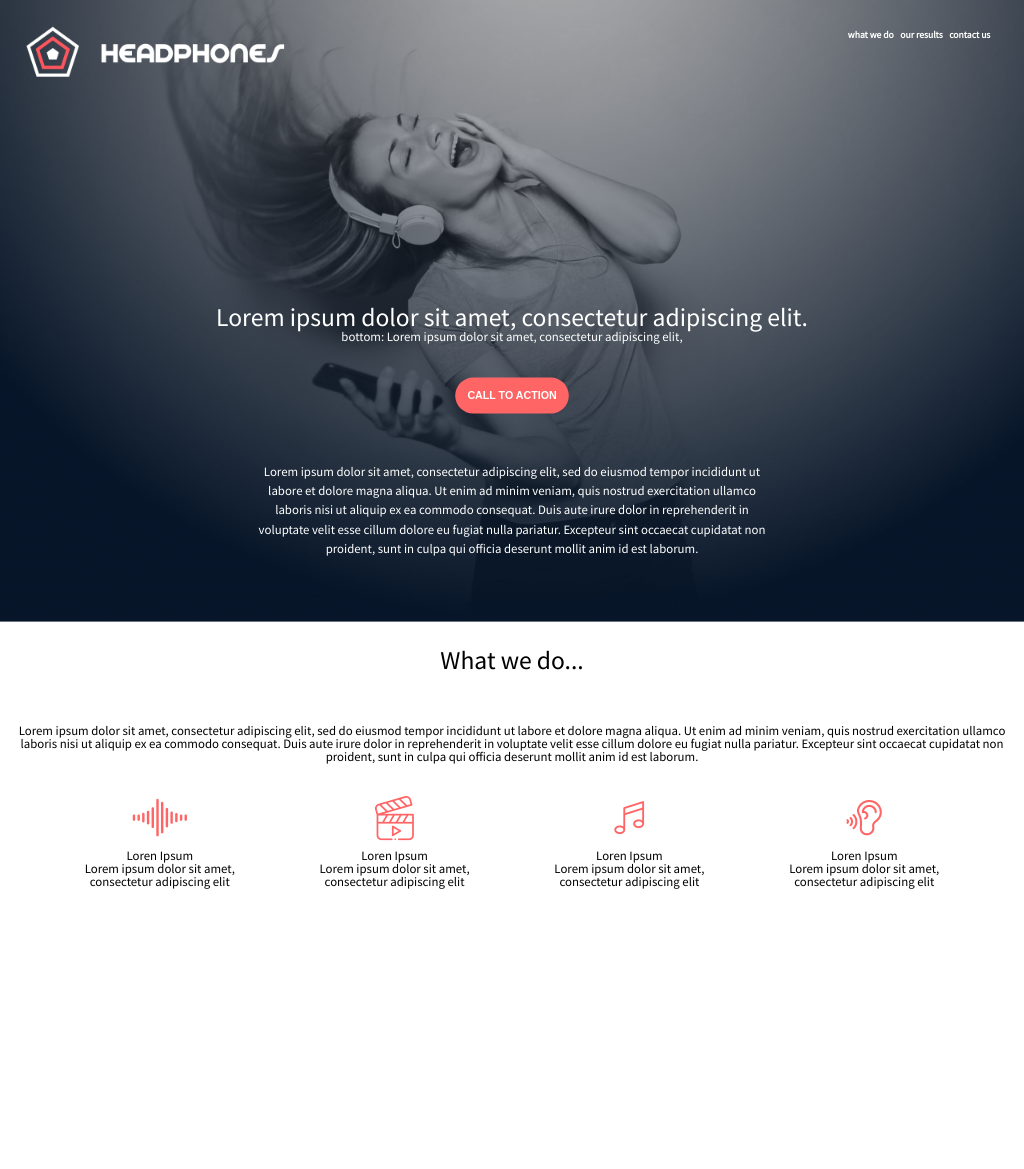
Repository: seleniadelgado/holbertonschool-web_front_end
Page: 0x09-implement_a_design_from_scratch/1-index.html
These files come from the project's save history. The page is drawn as it stood at one moment and after the next save; the edit follows.
The browser window is 1280 px wide. The pictures show the whole page, at 80% of full size.

Above is the page before, as saved 2020-03-20 18:27:10.

### 0x09-implement_a_design_from_scratch/1-index.html
<!DOCTYPE <!DOCTYPE html>
<head>
    <meta charset="utf-8">
    <title>Headphones</title>
    <meta name="description" content="">
    <meta name="viewport" content="width=device-width, initial-scale=1">
    <link rel="stylesheet" href="1-styles.css">
    <link rel="stylesheet" href="reset.css">
    <link rel="stylesheet" href="./holberton_school-icon/style.css">
    <link href="https://fonts.googleapis.com/css?family=Source+Sans+Pro&display=swap" rel="stylesheet">
</head>
<body>
<!-- nav bar -->
    <header>
        <div class="firstdiv">
            <nav>
                <input type="checkbox" id="menu">
                <label for="menu" id="nav-icon"></label>
                <div class="logo"><img href="active" href="#home"><img src="./images/logo_headphones.png" alt="logo"></a></div>
                <div class="main-nav">
                    <ul class="nav-header">
                        <li><a href="#what-we-do">what we do</a></li>
                        <li><a href="#our-results">our results</a></li>
                        <li><a href="#contact-us">contact us</a></li>
                    </ul>
                </div>
            </nav>
        </div>
<!-- Content -->
        <div class="seconddiv">
            <div class="text">
                <h1>Lorem ipsum dolor sit amet, consectetur adipiscing elit.</h1>
                <p>bottom: Lorem ipsum dolor sit amet, consectetur adipiscing elit, </p>
            </div>
        </div>
        <div class="thirddiv">
        <button id="button">CALL TO ACTION</button>
        <p class="longParagraph">Lorem ipsum dolor sit amet, consectetur adipiscing elit, sed do eiusmod tempor incididunt ut labore et dolore magna aliqua.
            Ut enim ad minim veniam, quis nostrud exercitation ullamco laboris nisi ut aliquip ex ea commodo consequat.
            Duis aute irure dolor in reprehenderit in voluptate velit esse cillum dolore eu fugiat nulla pariatur. Excepteur sint occaecat cupidatat non proident,
            sunt in culpa qui officia deserunt mollit anim id est laborum.</p>
            </div>
        </div>
    </div>
    </header>
    <div id="whatWeDo"></div>
    <div class="content">
        <h1>What we do...</h1>
        <p> Lorem ipsum dolor sit amet, consectetur adipiscing elit, sed do eiusmod tempor incididunt ut labore et dolore magna aliqua.
            Ut enim ad minim veniam, quis nostrud exercitation ullamco laboris nisi ut aliquip ex ea commodo consequat.
            Duis aute irure dolor in reprehenderit in voluptate velit esse cillum dolore eu fugiat nulla pariatur. Excepteur sint occaecat cupidatat non proident,
            sunt in culpa qui officia deserunt mollit anim id est laborum.
        </p>
        <div class="grid">
            <div>
                <div class="icon, item holberton_school-icon-ic_sound"></div>
                <h6>Loren Ipsum</h6>
                <p>Lorem ipsum dolor sit amet,<br> consectetur adipiscing elit</p>
            </div>
            <div>
                <div class="icon, item holberton_school-icon-ic_video"></div>
                <h6>Loren Ipsum</h6>
                <p>Lorem ipsum dolor sit amet, <br>consectetur adipiscing elit</p>
            </div>
            <div>
                <div class="icon, item holberton_school-icon-ic_music"></div>
                <h6>Loren Ipsum</h6>
                <p>Lorem ipsum dolor sit amet, <br>consectetur adipiscing elit</p>
            </div>
            <div>
                <div class="icon, item holberton_school-icon-ic_hearing"></div>
                <h6>Loren Ipsum</h6>
                <p>Lorem ipsum dolor sit amet, <br>consectetur adipiscing elit</p>
            </div>

        </div>
    </div>





    </body>
</html>

### 0x09-implement_a_design_from_scratch/1-styles.css

:root {
    --font-size-sm: 12px;
    --font-size-md: 16px;
    --font-size-lg: 32px;
    --font-size-xl: 72px;
    --font-size-button: 14px;
    --color-primary-red: #FF6565;
    --color-body-white: white;
    --color-body-black: black;
    --font-family: 'Source Sans Pro', sans-serif;
}
/* header */
header {
    width: 100%;
    background: transparent;
    position: relative;
    color: var(--color-body-white);
    background-image: url("images/headphones_hero_1.jpg");
    background-repeat: no-repeat;
    background-size: cover;
    font-family: var(--font-family);
}
header .firstdiv {
    justify-content: space-between;
    align-content: space-between;
    padding: 2rem;
    flex-wrap: wrap;
}
header .firstdiv nav {
    width: 100%;
    display: flex;
    justify-content: space-between;
    align-content: space-between;
    position: relative;
}
a {
    margin: auto 1.25rem;
    color: var(--color-body-white);
    text-decoration: none;
    font-family: var(--font-family);
}
a:hover, a:active {
    color: var(--color-primary-red)
}
#menu {
    display: none;
    position: absolute;
}
#nav-icon {
    display: none;
    position: absolute;
}
.logo {
    float: left;
}

.nav-header {
    display: inline-flex;
    margin: auto 0;
    list-style-type: none;
    font-size: var(--font-size-sm);
    font-weight: bolder;
    font-family: var(--font-family);
}
.main-nav ul {
    border: 6px transparent solid;
    justify-content: space-between;
}
.main-nav ul li a {
    border: 4px transparent solid;
    font-family: var(--font-family);

}

/* nav */
.seconddiv {
    text-align: center;
}
.thirddiv {
    text-align: center;
}
/*text */
.text {
    padding-top: 20%;
    text-align: center;
    line-height: 32px;
}
.text h1 {
    font-size: var(--font-size-md);
    color: var(--color-body-white);
}
.text p {
    font: var(--font-size-sm);
    color: var(--color-body-white);
}

/* button */
#button {
    padding: 15px;
    margin-top: 40px;
    margin-bottom: 60px;
    border-radius: 4em;
    background-color: #FF6565;
    box-shadow: var(--color-body-black);
    border-style: none;
    color: var(--color-body-white);
    font-weight: bolder;
}
#button:hover {
    opacity: 0.9;
}
/* end button */
/* start longparagraph */
.longParagraph {
    display: flex;
    margin: auto;
    margin: 0% 25% 0% 25%;
    line-height: 24px;
    font-family: var(--font-family);
    font-size: var(--font-size-md);
    color: var(--color-body-white);
    padding-bottom: 5em;
}

/* end longparagraph */
/* media query for screens less than 480px */
@media (max-width: 480px)
{
    header nav {
      flex-direction: column;
      align-items: center;
    }
    .logo {
      width: 50%;
      height: auto;
    }
    .nav-header {
      display: none;
      width: 100%;
      flex-direction: column;
      margin: 1rem auto;
      text-align: center;
      font-weight: bold;
      font-size: var(--font-size-btn);
      float: right;
      display: inline-flex;
      margin-right: 10%;
    }
    .nav-header li {
      width: 100%;
      margin: 0.5rem auto;
      padding-right: 50px;
      font-family: var(--font-family);
    }
    #nav-icon {
        background: var(--color-body-white);
        height: 2px;
        width: 13px;
        position: absolute;
        left: 1rem;
        top: 18px;
        display: block;
    }

    #nav-icon::before {
        content: "";
        background: var(--color-body-white);
        height: 2px;
        width: 20px;
        position: relative;
        top: -0.4rem;
        display: block;
        transition: all 0.2s ease;
    }

    #nav-icon::after {
        content: "";
        background: var(--color-body-white);
        height: 2px;
        width: 18px;
        position: relative;
        top: 0.3rem;
        display: block;
        transition: all 0.2s ease;
    }

    #menu:checked ~ .nav-header {
        display: inline-flex;
    }

    #menu:checked ~ #nav-icon {
        background: transparent;
    }

    #menu:checked ~ #nav-icon::before {
        transform: rotate(45deg);
        top: 3px;
        margin: auto;
    }

    #menu:checked ~ #nav-icon::after {
        width: 20px;
        transform: rotate(-45deg);
        top: 1px;
        margin: auto;
    }
}
.text {
    font-family: var(--font-family);
    line-height: 24px;
}
.text h1 {
    font-size: var(--font-size-lg);
}
.text p {
    font-size: var(--font-size-md);
}
/* menu btn ends */
.content {
    display: grid;
    text-align: center;
    font-family: var(--font-family);
    margin-bottom: 20em;
}
.grid {
    display: flex;
    flex-wrap: wrap;
    justify-content: space-evenly;
}
.item {
    color: var(--color-primary-red);
    font-size: var(--font-size-xl);
    margin: 2px;
}

.item h6, p {
    color: var(--color-body-black);
    font-size: var(--font-size-sm);

}
#whatWeDo {
    margin-top: 2em;
    font-family: var(--font-family);

}
.content h1 {
    font-size: var(--font-size-lg);
    margin-bottom: 2em;
}
.content p {
    text-align: center;
    font-size: var(--font-size-md);
    padding-bottom: 2em;
}

### 0x09-implement_a_design_from_scratch/holberton_school-icon/style.css
@font-face {
  font-family: 'holberton_school-icon';
  src:  url('fonts/holberton_school-icon.eot?sq4eq4');
  src:  url('fonts/holberton_school-icon.eot?sq4eq4#iefix') format('embedded-opentype'),
    url('fonts/holberton_school-icon.ttf?sq4eq4') format('truetype'),
    url('fonts/holberton_school-icon.woff?sq4eq4') format('woff'),
    url('fonts/holberton_school-icon.svg?sq4eq4#holberton_school-icon') format('svg');
  font-weight: normal;
  font-style: normal;
  font-display: block;
}

[class^="holberton_school-icon-"], [class*=" holberton_school-icon-"] {
  /* use !important to prevent issues with browser extensions that change fonts */
  font-family: 'holberton_school-icon' !important;
  speak: none;
  font-style: normal;
  font-weight: normal;
  font-variant: normal;
  text-transform: none;
  line-height: 1;

  /* Better Font Rendering =========== */
  -webkit-font-smoothing: antialiased;
  -moz-osx-font-smoothing: grayscale;
}

.holberton_school-icon-arrow_1:before {
  content: "\e900";
}
.holberton_school-icon-arrow_2:before {
  content: "\e901";
}
.holberton_school-icon-arrow_3:before {
  content: "\e902";
}
.holberton_school-icon-arrow_4:before {
  content: "\e903";
}
.holberton_school-icon-arrow_5:before {
  content: "\e904";
}
.holberton_school-icon-check:before {
  content: "\e905";
}
.holberton_school-icon-ic_bag:before {
  content: "\e906";
}
.holberton_school-icon-ic_cart:before {
  content: "\e907";
}
.holberton_school-icon-ic_facebook:before {
  content: "\e908";
}
.holberton_school-icon-ic_hearing:before {
  content: "\e909";
}
.holberton_school-icon-ic_instagram:before {
  content: "\e90a";
}
.holberton_school-icon-ic_laptop:before {
  content: "\e90b";
}
.holberton_school-icon-ic_money:before {
  content: "\e90c";
}
.holberton_school-icon-ic_music:before {
  content: "\e90d";
}
.holberton_school-icon-ic_sound:before {
  content: "\e90e";
}
.holberton_school-icon-ic_twitter:before {
  content: "\e90f";
}
.holberton_school-icon-ic_video:before {
  content: "\e910";
}
.holberton_school-icon-menu:before {
  content: "\e911";
}
.holberton_school-icon-search_1:before {
  content: "\e912";
}
.holberton_school-icon-search_2:before {
  content: "\e913";
}
.holberton_school-icon-star:before {
  content: "\e914";
}

Loaded but not shown: 0x09-implement_a_design_from_scratch/reset.css (common file)

After the next save:
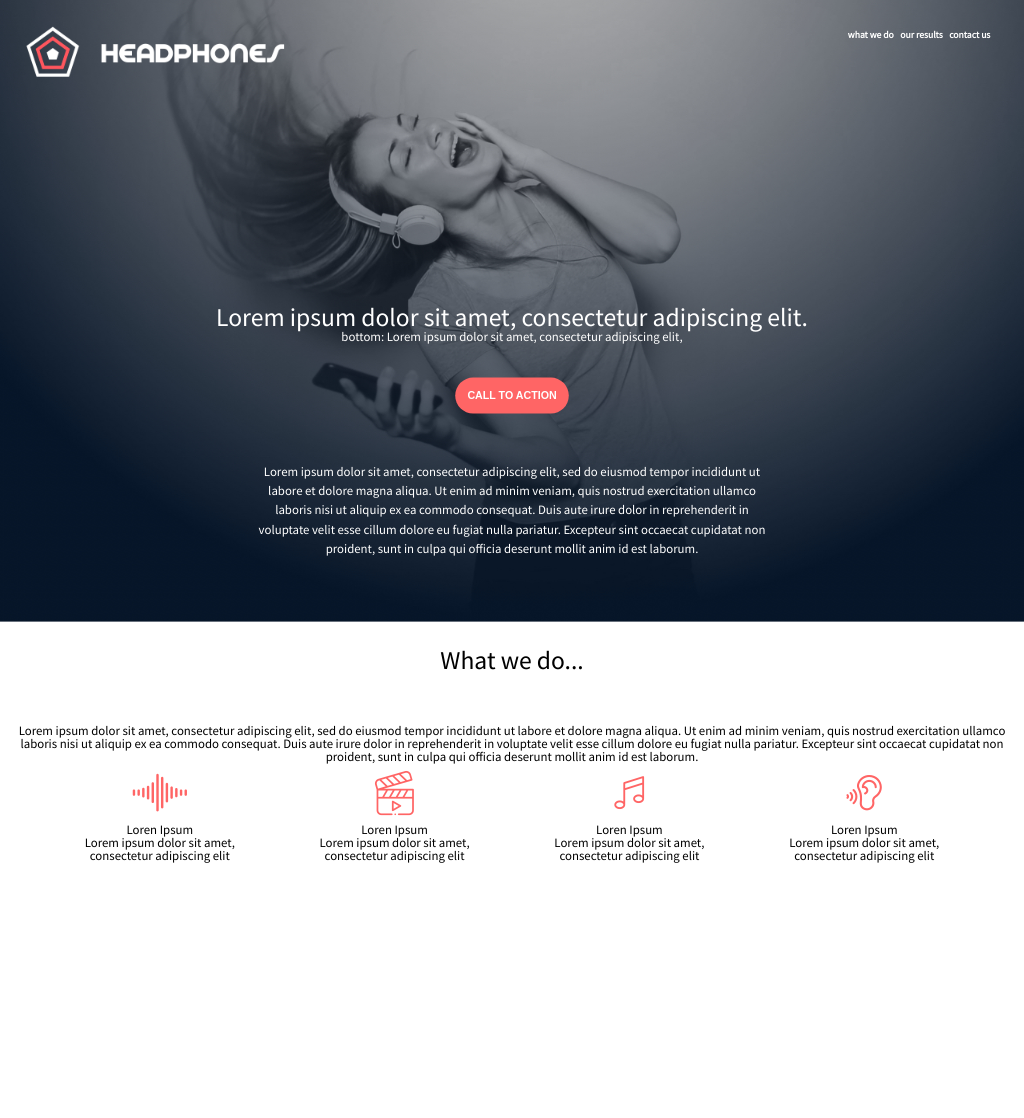
Saved 26 h 6 min later.
--- a/0x09-implement_a_design_from_scratch/1-styles.css
+++ b/0x09-implement_a_design_from_scratch/1-styles.css
@@ -251,5 +251,5 @@
 .content p {
     text-align: center;
     font-size: var(--font-size-md);
-    padding-bottom: 2em;
-}
+
+}
